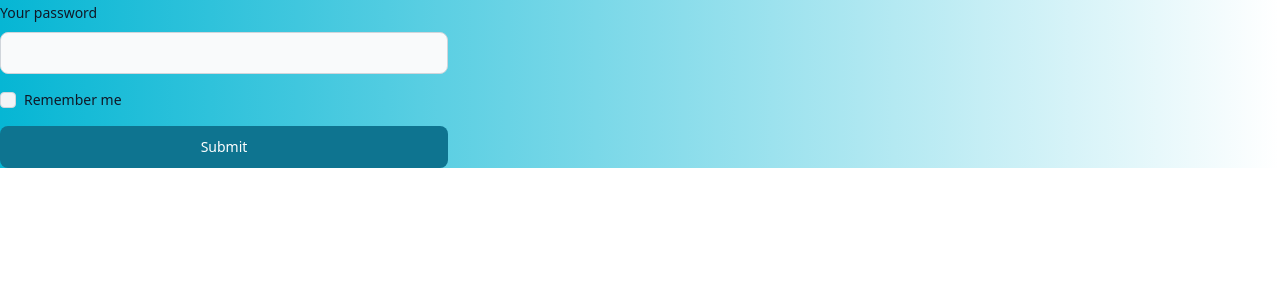
Repository: PrzemyslawJura/Frontend
Page: /
An editor plug-in stored every save of this project. The page is shown before and after the next save, followed by the edit.
The browser window is 1280 px wide. The pictures show the whole page.
The project was rebuilt for these pictures with package versions that can differ from the ones it lists, and the page was loaded fresh each time. Also part of the build but not shown: vite.config.ts.

Above is the page before, as saved 2024-07-24 11:30:58.

After the next save:
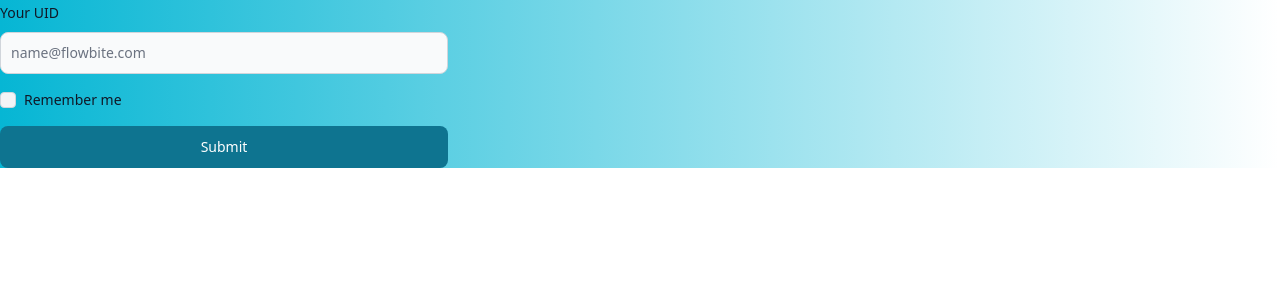
Saved 32 s later.
--- a/src/components/form/LoginForm.tsx
+++ b/src/components/form/LoginForm.tsx
@@ -7,9 +7,9 @@ export function LoginForm() {
     <form className="flex max-w-md flex-col gap-4">
       <div>
         <div className="mb-2 block">
-          <Label htmlFor="password1" value="Your password" />
+          <Label htmlFor="email1" value="Your UID" />
         </div>
-        <TextInput id="password1" type="password" required />
+        <TextInput id="email1" type="email" placeholder="name@flowbite.com" required />
       </div>
       <div className="flex items-center gap-2">
         <Checkbox id="remember" />
